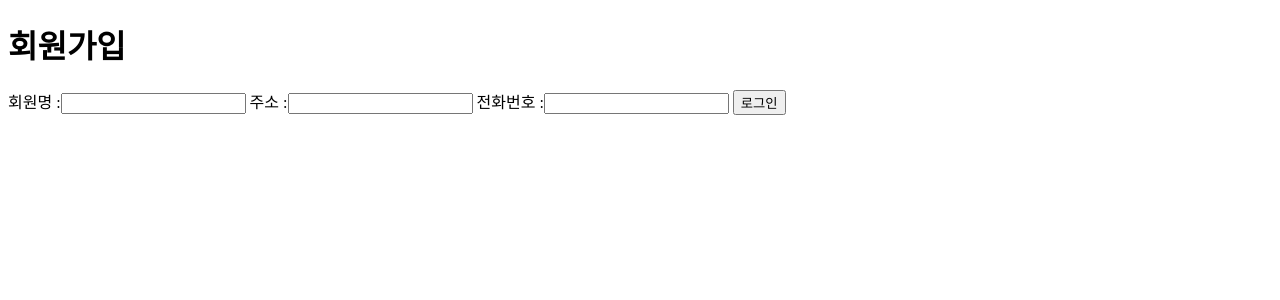
Repository: ssookkdduugg/jsp
Page: http://localhost/Hello/memReg.jsp
These files come from the project's save history. The page is drawn as it stood at one moment and after the next save; the edit follows.
The browser window is 1280 px wide. The pictures show the whole page.
The page is served by Tomcat 9. Other server files are loaded and not shown.

Above is the page before, as saved 2023-09-19 05:15:08.

### Hello/src/main/webapp/memReg.jsp
<%@ page language="java" contentType="text/html; charset=UTF-8"
    pageEncoding="UTF-8"%>
<!DOCTYPE html>
<html>
<head>
<meta charset="UTF-8">
<title>Insert title here</title>
</head>
<body>
	<h1>회원가입</h1>
	<form action="./login2" method="post">
	<tr><th>회원명 :</th><td><input type="text" name="id"></td></tr>
	<tr><th>주소 :</th><td><input type="text" name="addr"></td></tr>
	<tr><th>전화번호 :</th><td><input type="text" name="num"></td></tr>
	<tr><td></td><td><input type="submit" value="로그인"></td></tr>
</table>
</form>
</body>
</html>

After the next save:
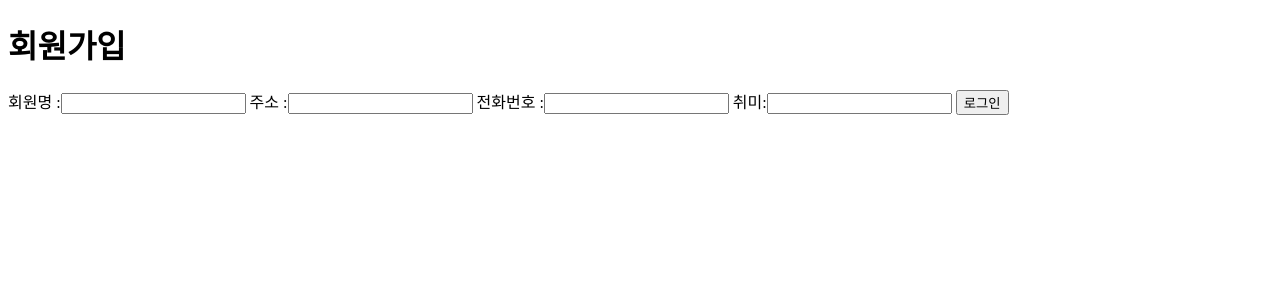
Saved 9 s later.
--- a/Hello/src/main/webapp/memReg.jsp
+++ b/Hello/src/main/webapp/memReg.jsp
@@ -12,6 +12,7 @@
 	<tr><th>회원명 :</th><td><input type="text" name="id"></td></tr>
 	<tr><th>주소 :</th><td><input type="text" name="addr"></td></tr>
 	<tr><th>전화번호 :</th><td><input type="text" name="num"></td></tr>
+	<tr><th>취미:</th><td><input type="text" name="addr"></td></tr>
 	<tr><td></td><td><input type="submit" value="로그인"></td></tr>
 </table>
 </form>
